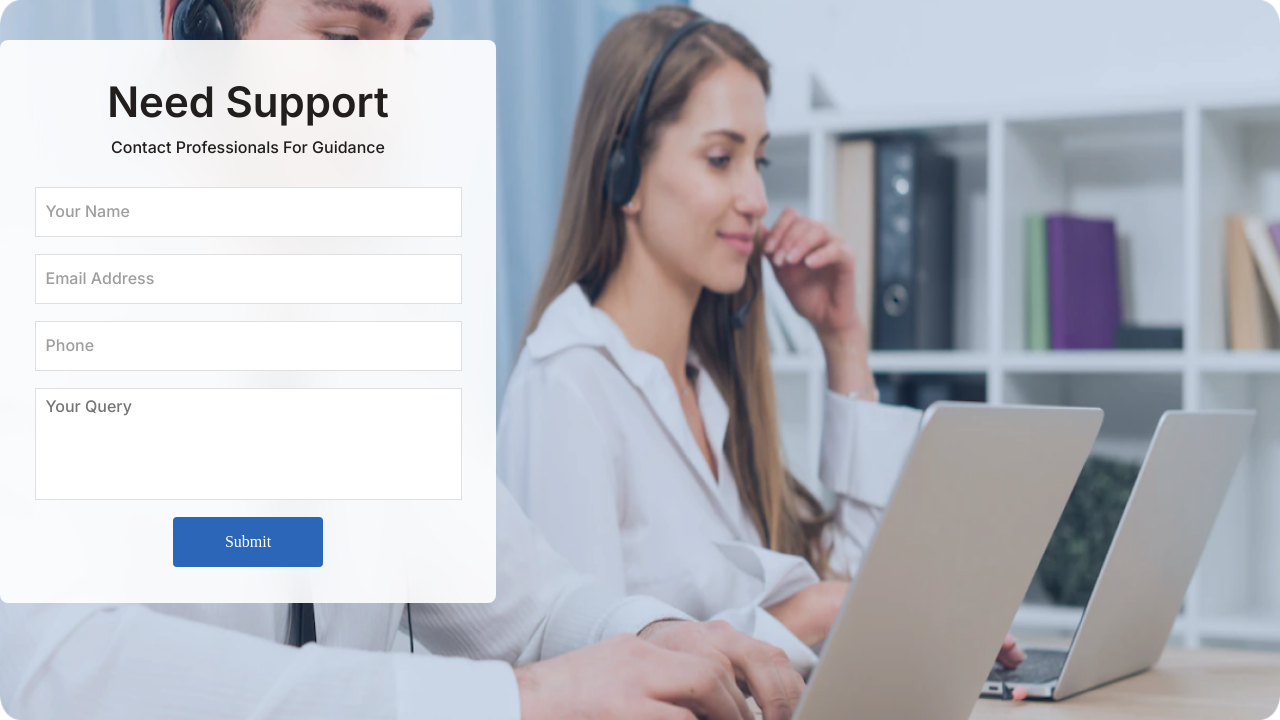
Repository: FaridRustamov09/Final-Task
Page: Pages/supportPage/index.html
These files come from the project's save history. The page is drawn as it stood at one moment and after a run of saves; the edit follows.
The browser window is 1280 px wide. The pictures show the whole page.
The style sheet was rebuilt from its Sass, Less or Tailwind sources for each picture, by a compiler version that may differ from the author's.

Above is the page before, as saved 2024-07-14 20:46:24.

After the next 2 saves:
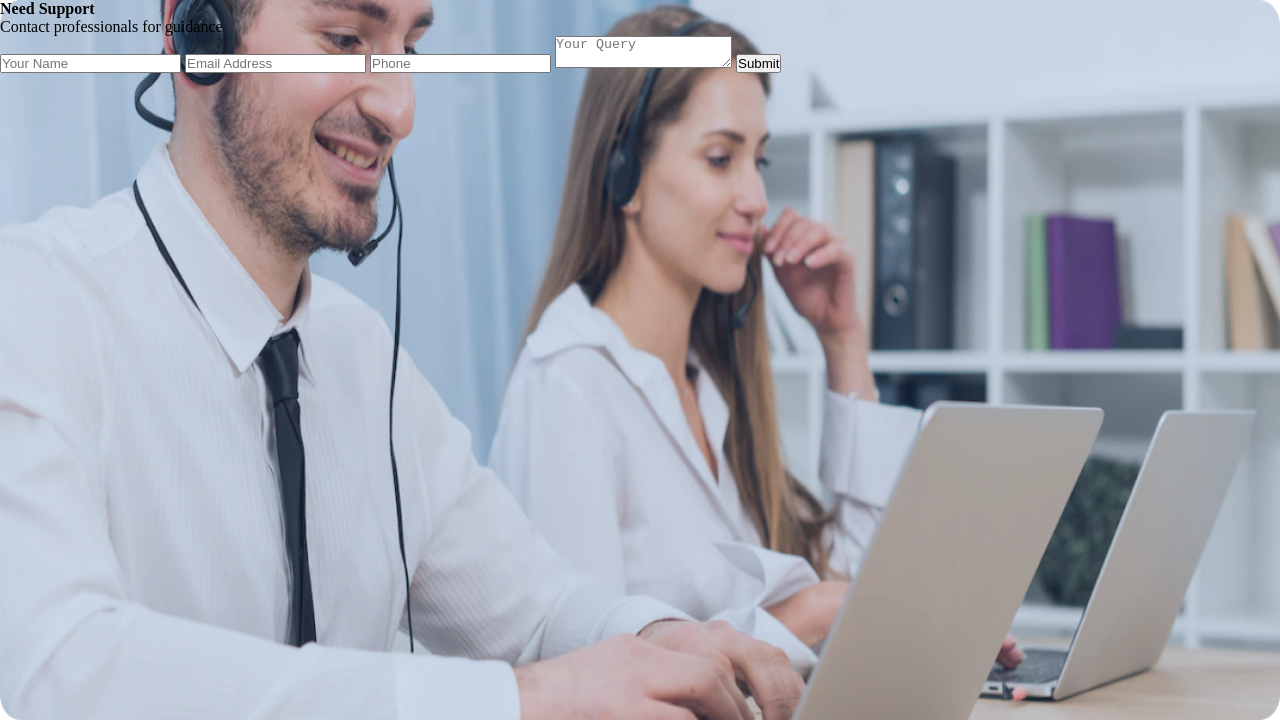
The 2 saves are shown as one change because they came seconds apart.
The last was saved 7 s later.
--- a/Pages/supportPage/index.html
+++ b/Pages/supportPage/index.html
@@ -8,7 +8,7 @@
   </head>
   <body>
     <div class="container5">
-      <div class="support">
+
         <form action="">
           <b>Need Support</b>
           <p>Contact professionals for guidance</p>
@@ -18,7 +18,7 @@
           <textarea placeholder="Your Query" name="" id=""></textarea>
           <button type="submit">Submit</button>
         </form>
-      </div>
+
     </div>
   </body>
 </html>
